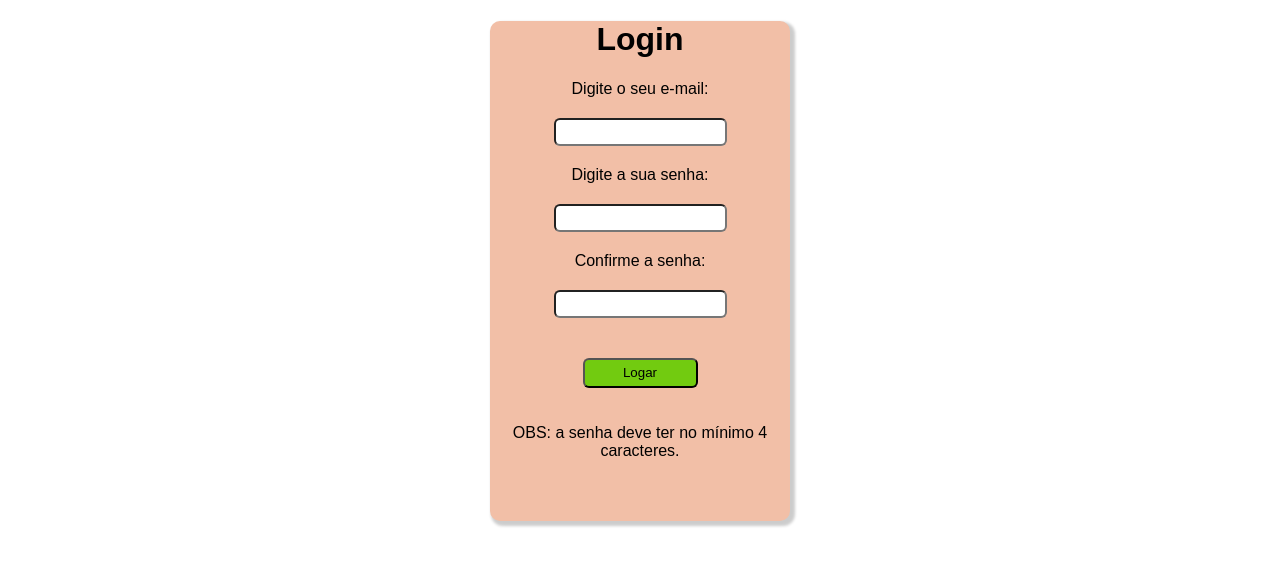
Repository: leviviana21/Java-web-login
Page: http://localhost/conexao_bd/
An editor plug-in stored every save of this project. The page is shown before and after the next save, followed by the edit.
The browser window is 1280 px wide. The pictures show the whole page.
The page is served by Tomcat 9. Other server files are loaded and not shown.

Above is the page before, as saved 2025-06-19 23:18:53.

### conexao_bd/src/main/webapp/index.jsp
<%@ page language="java" contentType="text/html; charset=UTF-8"
    pageEncoding="UTF-8"%>
<!DOCTYPE html>
<html>
<head>
<meta charset="UTF-8">
<title>Insert title here</title>
<link rel="stylesheet" href="style.css">
</head>
<body>

<div class="container">
	<form action="auth" method="post">
        <h1>Login</h1>
        <label>Digite o seu e-mail: </label>
        <input type="email" name="txtEmail" class="emailsenha" >
        <br>
        <label>Digite a sua senha: </label>
        <input type="password" name="txtSenha" class="emailsenha" >
        <br>
        <label>Confirme a senha: </label>
        <input type="password" name="confirmar_Senha" class="emailsenha" >
        <br>
        <input type="submit" value="Logar" class="botao-login">
        <p>OBS: a senha deve ter no mínimo 4 caracteres.</p>
        <%
			if(request.getAttribute("error") != null){
		%>
		<p class="aviso-erro"><% out.print(request.getAttribute("msg").toString()); %></p>
		<%
			}
		%>
    </form>
</div>
</body>
</html>

### conexao_bd/src/main/webapp/style.css
@charset "UTF-8";

form {
	text-align: center;
	font-family: arial;
}
.emailsenha {
	margin: 20px;
    border-radius: 6px;
    width: 165px;
    height: 22px;
}
.container {
	text-align: center;
	background-color: #F2BFA7;
	border-radius: 10px;
	height: 500px;
	margin: auto;
	width: 300px;
	box-shadow: 3px 3px 3px 2px rgba(0.2, 0.2, 0.2, 0.2);
}

.botao-login {
	border-radius: 6px;
    width: 115px;
    height: 30px;
    margin: 20px;
    background-color: #72cb10;
}
.Mensagem-Sucesso {
	text-align: center;
	font-family: arial;
}
.aviso-erro {
	color: red;
	font-weight: bold;
}

After the next save:
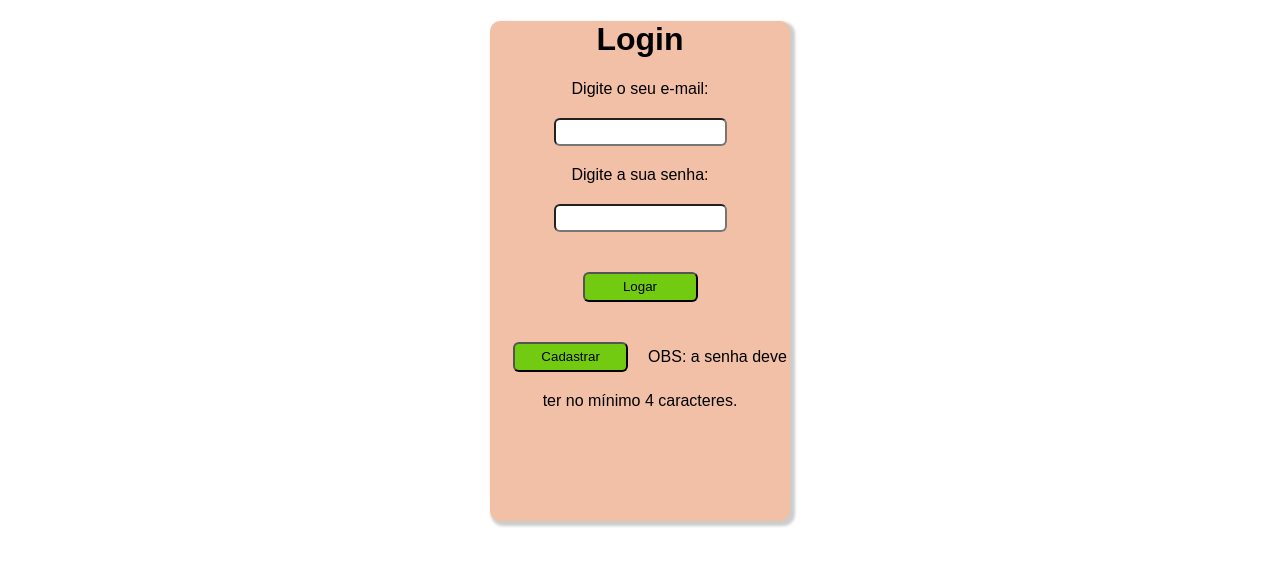
Saved 84 s later.
--- a/conexao_bd/src/main/webapp/index.jsp
+++ b/conexao_bd/src/main/webapp/index.jsp
@@ -18,10 +18,8 @@
         <label>Digite a sua senha: </label>
         <input type="password" name="txtSenha" class="emailsenha" >
         <br>
-        <label>Confirme a senha: </label>
-        <input type="password" name="confirmar_Senha" class="emailsenha" >
-        <br>
         <input type="submit" value="Logar" class="botao-login">
+        <input type="submit" value="Cadastrar" class="botao-login"
         <p>OBS: a senha deve ter no mínimo 4 caracteres.</p>
         <%
 			if(request.getAttribute("error") != null){
